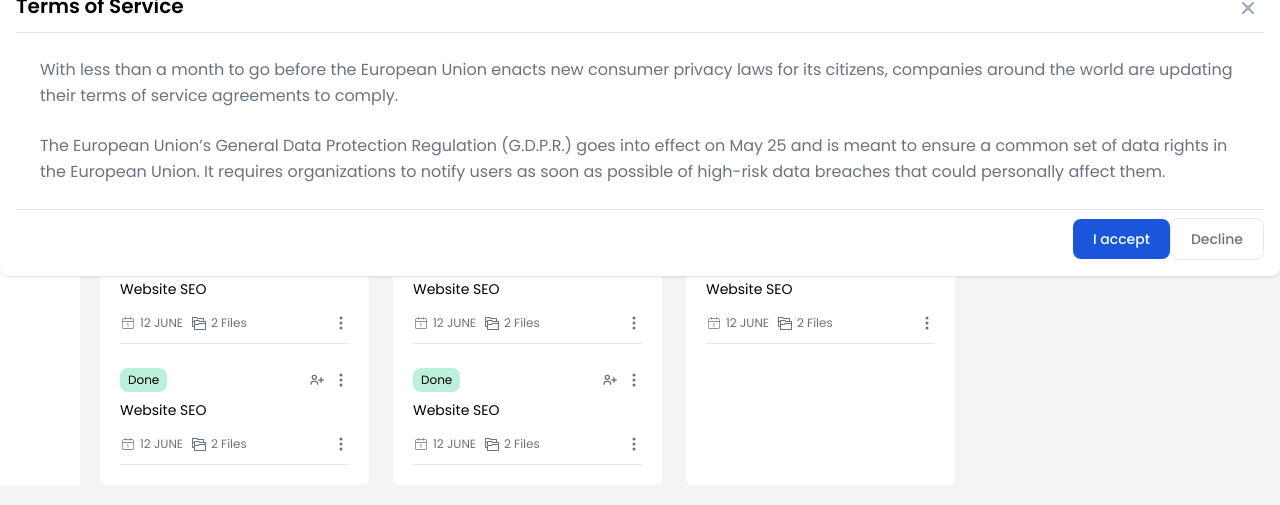
Repository: Shamraiz761/Frontend-Assessment
Page: /, after clicking the first element matching `button.bg-white`
An editor plug-in stored every save of this project. The page is shown before and after the next save, followed by the edit.
The browser window is 1280 px wide. The pictures show the part of the page from y = 234 to 739 px (the page is 739 px tall).
Pictures or frames that could not be fetched are drawn as grey boxes. The project was rebuilt for these pictures with package versions that can differ from the ones it lists, and the page was loaded fresh each time. Also part of the build but not shown: vite.config.js. Imported but missing from the stored project, and not drawn on this page: src/pages/auth/login.

Above is the page before, as saved 2023-06-09 12:45:47.

After the next save:
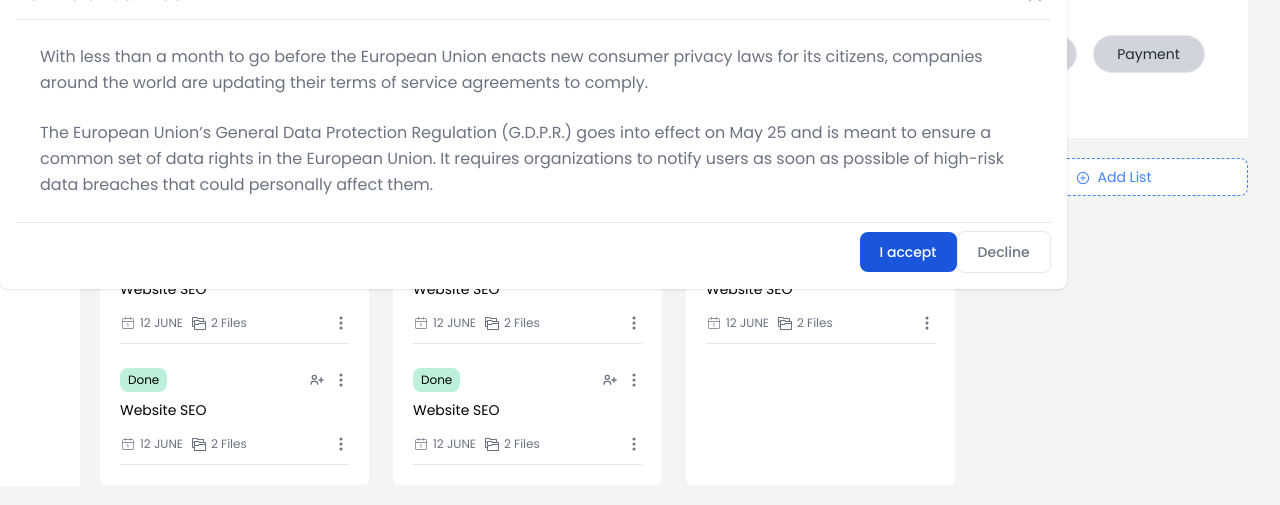
Saved 42 s later.
--- a/src/pages/Dashboard/index.jsx
+++ b/src/pages/Dashboard/index.jsx
@@ -61,7 +61,7 @@ function Home() {
             <h1>Add List</h1>
           </button>
           {isModalOpen && (
-            <div className="fixed top-0 left-0 right-0 bottom-0 z-50 flex items-center justify-center">
+            <div className="fixed w-10/12 top-0 left-0 right-0 bottom-0 z-50 flex items-center justify-center">
               <div className="absolute bg-white rounded-lg shadow p-4">
                 {/* Modal header */}
                 <div className="flex items-start justify-between border-b pb-2">
